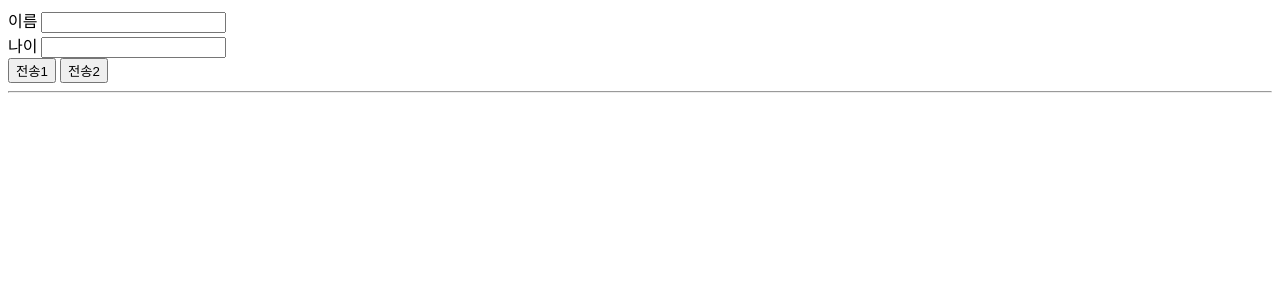
Repository: parkhy0sh1n/SpringStudy
Page: http://localhost/03_Ajax/first.do
These files come from the project's save history. The page is drawn as it stood at one moment and after the next save; the edit follows.
The browser window is 1280 px wide. The pictures show the whole page.
The page is served by Tomcat 9. Other server files are loaded and not shown.

Above is the page before, as saved 2023-04-13 07:21:38.

### 03_Ajax/src/main/webapp/WEB-INF/views/first.jsp
<%@ page language="java" contentType="text/html; charset=UTF-8"
    pageEncoding="UTF-8"%>
<%@ taglib uri="http://java.sun.com/jsp/jstl/core" prefix="c" %>
<c:set var="contextPath" value="${pageContext.request.contextPath}" />
<!DOCTYPE html>
<html>
<head>
<meta charset="UTF-8">
<title>Insert title here</title>
<script src="${contextPath}/resources/js/lib/jquery-3.6.4.min.js"></script>
<script>

	function fn1(){

		$('#result').empty();

		$.ajax({
			// 요청
			type: 'get',
			url: '${contextPath}/first/ajax1',
			data: 'name=' + $('#name').val() + '&age=' + $('#age').val(),
			// 응답
			dataType: 'json',
			success: function(resData){  // resData = {"name": "민경태", "age": 46}
				let str = '<ul>';
				str += '<li>' + resData.name + '</li>';
				str += '<li>' + resData.age + '</li>';
				str += '</ul>';
				$('#result').append(str);
			},
			error: function(jqXHR){
				$('#result').text(jqXHR.responseText);
			}
		})

	}

	function fn2(){

		$('#result').empty();

		$.ajax({
			// 요청
			type: 'get',
			url: '${contextPath}/first/ajax2',
			data: $('#frm').serialize(),
			// 응답
			dataType: 'json',
			success: function(resData){  // resData = {"name": "민경태", "age": 46}
				let str = '<ul>';
				str += '<li>' + resData.name + '</li>';
				str += '<li>' + resData.age + '</li>';
				str += '</ul>';
				$('#result').append(str);
			}
		})

	}

</script>
</head>
<body>

	<div>
		<form id="frm">
			<div>
				<label for="name">이름</label>
				<input id="name" name="name">
			</div>
			<div>
				<label for="age">나이</label>
				<input id="age" name="age">
			</div>
			<div>
				<input type="button" value="전송1" onclick="fn1()">
				<input type="button" value="전송2" onclick="fn2()">
			</div>
		</form>
	</div>

	<hr>

	<div id="result"></div>

</body>
</html>

Loaded but not shown: 03_Ajax/src/main/webapp/resources/js/lib/jquery-3.6.4.min.js (library)

After the next save:
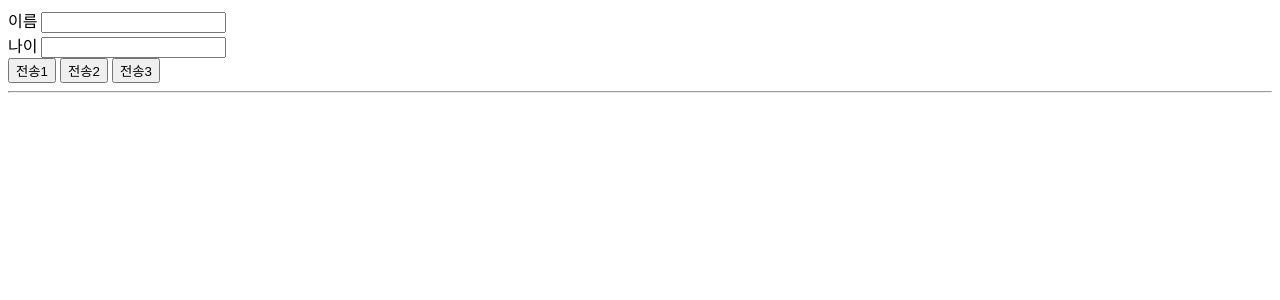
Saved 74 s later.
--- a/03_Ajax/src/main/webapp/WEB-INF/views/first.jsp
+++ b/03_Ajax/src/main/webapp/WEB-INF/views/first.jsp
@@ -57,6 +57,28 @@
 
 	}
 
+	function fn3(){
+
+		$('#result').empty();
+
+		$.ajax({
+			// 요청
+			type: 'get',
+			url: '${contextPath}/first/ajax3',
+			data: $('#frm').serialize(),
+			// 응답
+			dataType: 'json',
+			success: function(resData){  // resData = {"name": "민경태", "age": 46}
+				let str = '<ul>';
+				str += '<li>' + resData.name + '</li>';
+				str += '<li>' + resData.age + '</li>';
+				str += '</ul>';
+				$('#result').append(str);
+			}
+		})
+
+	}
+
 </script>
 </head>
 <body>
@@ -74,6 +96,7 @@
 			<div>
 				<input type="button" value="전송1" onclick="fn1()">
 				<input type="button" value="전송2" onclick="fn2()">
+				<input type="button" value="전송3" onclick="fn3()">
 			</div>
 		</form>
 	</div>
